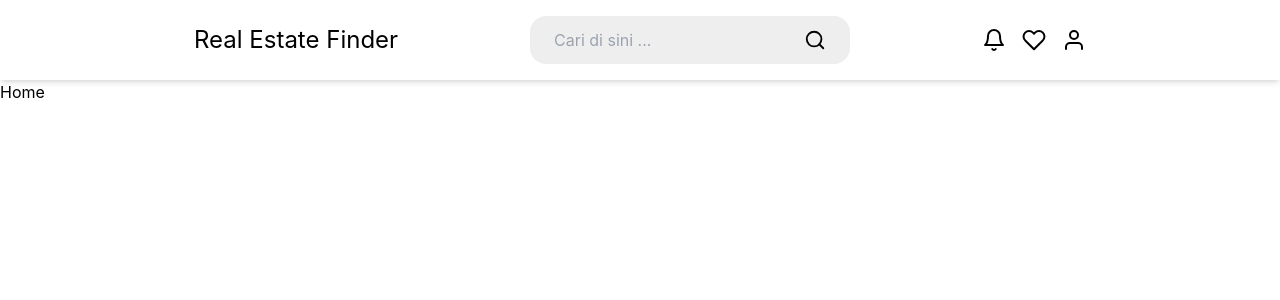
Repository: farrelmuhammad/real-estate-react
Page: /
The author's editor kept a copy of each file at every save. The page is drawn from the files as they stood at one save, then again after the next save.
The browser window is 1280 px wide. The pictures show the whole page.
The project was rebuilt for these pictures with package versions that can differ from the ones it lists, and the page was loaded fresh each time. Also part of the build but not shown: src/App.css.

Above is the page before, as saved 2023-02-06 19:04:50.

### src/App.js
import logo from "./logo.svg";
import "./App.css";
import { Route, Routes } from "react-router-dom";
import Home from "./pages/Home";

function App() {
  return (
    <Routes>
      <Route exact path="/" element={<Home />} />
    </Routes>
  );
}

export default App;

### src/pages/Home.jsx
import React from 'react'
import Navbar from '../components/Navbar'

const Home = () => {
    return (
        <>
            <Navbar />
            <div>Home</div>
        </>
    )
}

export default Home

### src/components/Navbar.jsx
import React from 'react'
import { FiSearch, FiList, FiHeart, FiBell, FiUser } from "react-icons/fi";

const Navbar = () => {
    return (
        <>
            <nav
                className="sticky top-0 w-full flex items-center justify-between py-4 bg-white text-black shadow-none lg:shadow-md navbar navbar-expand-lg navbar-light px-5 z-40"
            >
                <div className="container-fluid w-full flex flex-wrap items-center justify-between lg:justify-around lg:max-w-screen-lg lg:mx-auto">
                    {/* <div className="bg-purple-5 px-3 py-2 text-xl text-black font-extralight">SecondHand</div> */}
                    <div className="w-8 lg:w-auto lg:flex-grow-0">
                        <div className="lg:flex gap-4 items-center text-2xl hidden">
                            {/* <FiList /> */}
                            <h1>Real Estate Finder</h1>
                        </div>
                    </div>
                    <div className="hidden lg:flex gap-5 items-center lg:flex-grow-0">
                        <div className="h-12 bg-white rounded-2xl py-3 px-6 text-neutral-3 flex lg:bg-[#EEEEEE]">
                            <input
                                className="w-full h-full bg-transparent focus:outline-none"
                                placeholder="Cari di sini ..."
                            />
                            <FiSearch className="text-2xl" />
                        </div>
                    </div>


                    <div className="w-8 lg:w-auto lg:flex-grow-0">
                        <div className="lg:flex gap-4 items-center text-2xl hidden">
                            <FiBell />
                            <FiHeart />
                            <FiUser />
                        </div>
                    </div>
                </div>
            </nav>

        </>
    )
}

export default Navbar

Loaded but not shown: public/index.html (common file); src/index.js (common file); src/index.css (common file); src/reportWebVitals.js (common file); tailwind.config.js (common file)

After the next save:
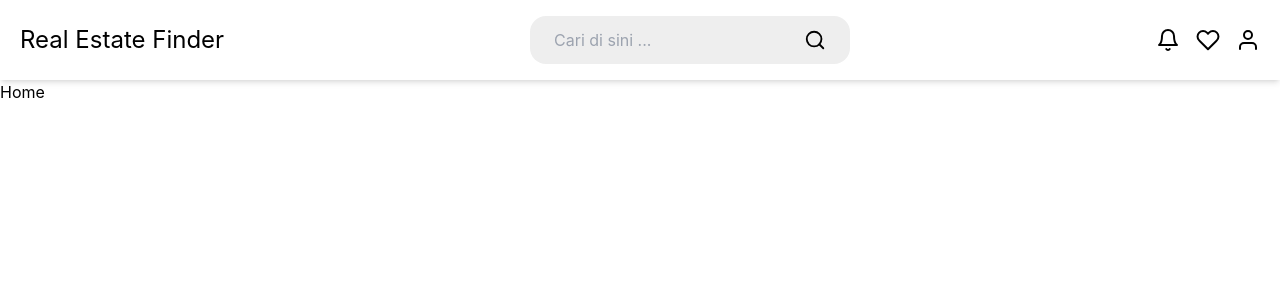
Saved 27 s later.
--- a/src/components/Navbar.jsx
+++ b/src/components/Navbar.jsx
@@ -7,31 +7,29 @@
             <nav
                 className="sticky top-0 w-full flex items-center justify-between py-4 bg-white text-black shadow-none lg:shadow-md navbar navbar-expand-lg navbar-light px-5 z-40"
             >
-                <div className="container-fluid w-full flex flex-wrap items-center justify-between lg:justify-around lg:max-w-screen-lg lg:mx-auto">
-                    {/* <div className="bg-purple-5 px-3 py-2 text-xl text-black font-extralight">SecondHand</div> */}
-                    <div className="w-8 lg:w-auto lg:flex-grow-0">
-                        <div className="lg:flex gap-4 items-center text-2xl hidden">
-                            {/* <FiList /> */}
-                            <h1>Real Estate Finder</h1>
-                        </div>
+                {/* <div className="bg-purple-5 px-3 py-2 text-xl text-black font-extralight">SecondHand</div> */}
+                <div className="w-8 lg:w-auto lg:flex-grow-0">
+                    <div className="lg:flex gap-4 items-center text-2xl hidden">
+                        {/* <FiList /> */}
+                        <h1>Real Estate Finder</h1>
                     </div>
-                    <div className="hidden lg:flex gap-5 items-center lg:flex-grow-0">
-                        <div className="h-12 bg-white rounded-2xl py-3 px-6 text-neutral-3 flex lg:bg-[#EEEEEE]">
-                            <input
-                                className="w-full h-full bg-transparent focus:outline-none"
-                                placeholder="Cari di sini ..."
-                            />
-                            <FiSearch className="text-2xl" />
-                        </div>
+                </div>
+                <div className="hidden lg:flex gap-5 items-center lg:flex-grow-0">
+                    <div className="h-12 bg-white rounded-2xl py-3 px-6 text-neutral-3 flex lg:bg-[#EEEEEE]">
+                        <input
+                            className="w-full h-full bg-transparent focus:outline-none"
+                            placeholder="Cari di sini ..."
+                        />
+                        <FiSearch className="text-2xl" />
                     </div>
+                </div>
 
 
-                    <div className="w-8 lg:w-auto lg:flex-grow-0">
-                        <div className="lg:flex gap-4 items-center text-2xl hidden">
-                            <FiBell />
-                            <FiHeart />
-                            <FiUser />
-                        </div>
+                <div className="w-8 lg:w-auto lg:flex-grow-0">
+                    <div className="lg:flex gap-4 items-center text-2xl hidden">
+                        <FiBell />
+                        <FiHeart />
+                        <FiUser />
                     </div>
                 </div>
             </nav>

After the save that followed:
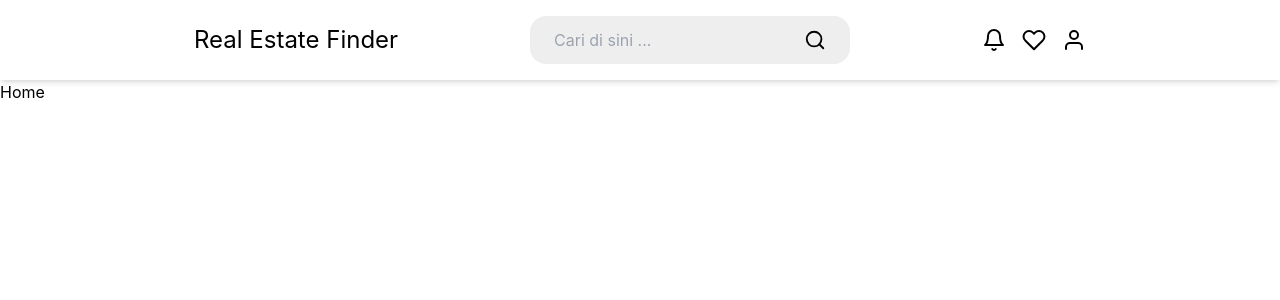
Saved 9 s later.
--- a/src/components/Navbar.jsx
+++ b/src/components/Navbar.jsx
@@ -7,33 +7,34 @@
             <nav
                 className="sticky top-0 w-full flex items-center justify-between py-4 bg-white text-black shadow-none lg:shadow-md navbar navbar-expand-lg navbar-light px-5 z-40"
             >
-                {/* <div className="bg-purple-5 px-3 py-2 text-xl text-black font-extralight">SecondHand</div> */}
-                <div className="w-8 lg:w-auto lg:flex-grow-0">
-                    <div className="lg:flex gap-4 items-center text-2xl hidden">
-                        {/* <FiList /> */}
-                        <h1>Real Estate Finder</h1>
+                <div className="container-fluid w-full flex flex-wrap items-center justify-between lg:justify-around lg:max-w-screen-lg lg:mx-auto">
+                    {/* <div className="bg-purple-5 px-3 py-2 text-xl text-black font-extralight">SecondHand</div> */}
+                    <div className="w-8 lg:w-auto lg:flex-grow-0">
+                        <div className="lg:flex gap-4 items-center text-2xl hidden">
+                            {/* <FiList /> */}
+                            <h1>Real Estate Finder</h1>
+                        </div>
                     </div>
-                </div>
-                <div className="hidden lg:flex gap-5 items-center lg:flex-grow-0">
-                    <div className="h-12 bg-white rounded-2xl py-3 px-6 text-neutral-3 flex lg:bg-[#EEEEEE]">
-                        <input
-                            className="w-full h-full bg-transparent focus:outline-none"
-                            placeholder="Cari di sini ..."
-                        />
-                        <FiSearch className="text-2xl" />
+                    <div className="hidden lg:flex gap-5 items-center lg:flex-grow-0">
+                        <div className="h-12 bg-white rounded-2xl py-3 px-6 text-neutral-3 flex lg:bg-[#EEEEEE]">
+                            <input
+                                className="w-full h-full bg-transparent focus:outline-none"
+                                placeholder="Cari di sini ..."
+                            />
+                            <FiSearch className="text-2xl" />
+                        </div>
                     </div>
-                </div>
 
 
-                <div className="w-8 lg:w-auto lg:flex-grow-0">
-                    <div className="lg:flex gap-4 items-center text-2xl hidden">
-                        <FiBell />
-                        <FiHeart />
-                        <FiUser />
+                    <div className="w-8 lg:w-auto lg:flex-grow-0">
+                        <div className="lg:flex gap-4 items-center text-2xl hidden">
+                            <FiBell />
+                            <FiHeart />
+                            <FiUser />
+                        </div>
                     </div>
                 </div>
             </nav>
-
         </>
     )
 }
